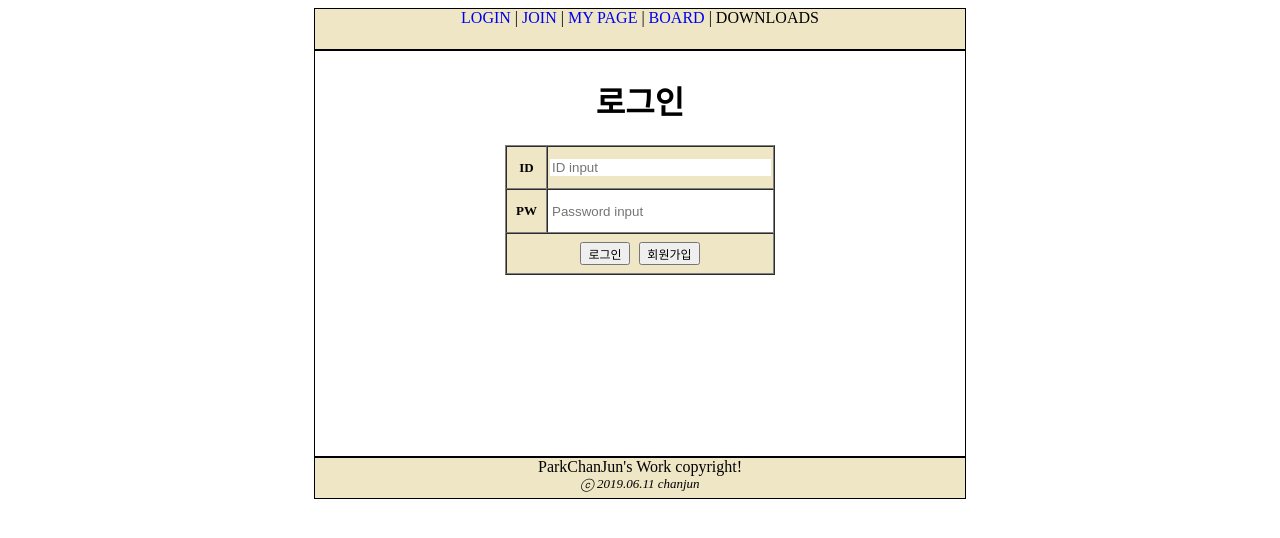
Repository: slolee/Spring-Board
Page: http://localhost/spring_project/WEB-INF/views/member/loginView.jsp
The author's editor kept a copy of each file at every save. The page is drawn from the files as they stood at one save, then again after a run of saves.
The browser window is 1280 px wide. The pictures show the whole page.
The page is served by Tomcat 9. Nobody is signed in. Other server files are loaded and not shown. The template is opened directly, without the code that normally fills it, so the values that code supplies are empty.

Above is the page before, as saved 2019-06-17 02:38:30.

### spring_project/src/main/webapp/WEB-INF/views/member/loginView.jsp
<%@ page language="java" contentType="text/html; charset=UTF-8"
    pageEncoding="UTF-8"%>
<jsp:include page="../layout/header.jsp">
	<jsp:param name="title" value="Login Page!"/>
</jsp:include>

	<!-- 로그인 창 -->
	<h1> 로그인 </h1>
	<form action="loginLogic.do" method="post">
		<table border=1 cellpadding="2" cellspacing="0" align="center" width="270px" height="130px">
			<tr>
				<th width="45px">ID</th>
				<th>
					<input type="text" name="id" placeholder="ID input" maxlength="15" size="25" required>
				</th>
			</tr>
			<tr>
				<th width="45px">PW</th>
				<td>
					<input type="password" name="pw" placeholder="Password input" maxlength="20" size="25" required>
				</td>
			</tr>
			<tr>
				<th colspan="2" align="center" height="35px">
					<input type="submit" value="로그인"> &nbsp;
					<input type="button" value="회원가입" onclick="location.href='joinView.do'">
				</th>
			</tr>

		</table>

	</form>
<%@ include file = "../layout/footer.jsp" %>

### spring_project/src/main/webapp/WEB-INF/views/layout/footer.jsp
<%@ page language="java" contentType="text/html; charset=UTF-8"
    pageEncoding="UTF-8"%>
		</div>
		<div id="footer" align="center">
			ParkChanJun's Work copyright! <br>
			<i><font size="2">ⓒ 2019.06.11 chanjun</font></i>
		</div>
	</div>
</body>
</html>

### spring_project/src/main/webapp/WEB-INF/views/layout/header.jsp
<%@ page language="java" contentType="text/html; charset=UTF-8"
    pageEncoding="UTF-8"%>
<%@ taglib prefix="c" uri="http://java.sun.com/jsp/jstl/core" %>
<%
	request.setCharacterEncoding("UTF-8");
	String title = request.getParameter("title");
	if(title == null)
		title = "My Homepage";
%>
<!DOCTYPE html PUBLIC "-//W3C//DTD HTML 4.01 Transitional//EN" "http://www.w3.org/TR/html4/loose.dtd">
<html>
<head>
	<meta http-equiv="Content-Type" content="text/html; charset=UTF-8">
	<title><%= title %></title>
	<style>
		#header, #footer{
			background-color: #EEE6C4;
			font-family: "HY울릉도M";
			border: 1px solid black;
			width: 650px;
			height: 40px;
		}
		#main{
			border: 1px solid black;
			width: 650px;
			min-height: 400px;
			padding-top: 5px;
		}
		a{
			text-decoration: none;
		}

		input[type=button], input[type=submit], input[type=reset]{
			font-size: 9pt;
		}

		input[type="text"], input[type="password"], textarea{
			border: 0px;
		}

		table{
			font-size: small;
		}

		th{
			background-color: #EEE6C4;
		}

		td{
			background-color: #FFFFFF;
		}

	</style>
</head>
<body>
	<div align="center">
		<div id="header" align="center">
			<c:choose>
				<c:when test="${ sessionScope.login_id == null }">
					<a href="loginView.do">LOGIN</a> |
					<a href="joinView.do">JOIN</a> |
				</c:when>
				<c:otherwise>
					${ sessionScope.login_nickname } |
					<a href="logoutLogic.do">LOGOUT</a> |
				</c:otherwise>
			</c:choose>

			<a href="mypageView.do">MY PAGE</a> |
			<a href="boardView.do">BOARD</a> |
			DOWNLOADS
		</div>
		<div id="main" align="center">

After the next 2 saves:
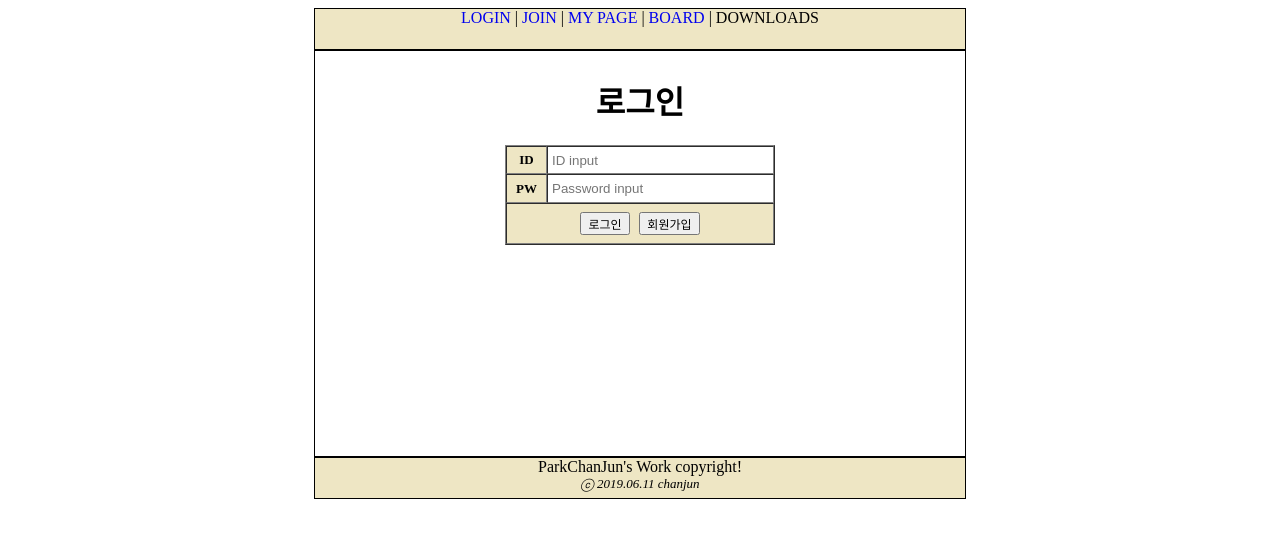
The 2 saves are shown as one change because they came seconds apart.
The last was saved 18 s later.
--- a/spring_project/src/main/webapp/WEB-INF/views/member/loginView.jsp
+++ b/spring_project/src/main/webapp/WEB-INF/views/member/loginView.jsp
@@ -7,12 +7,12 @@
 	<!-- 로그인 창 -->
 	<h1> 로그인 </h1>
 	<form action="loginLogic.do" method="post">
-		<table border=1 cellpadding="2" cellspacing="0" align="center" width="270px" height="130px">
+		<table border=1 cellpadding="2" cellspacing="0" align="center" width="270px" height="100px">
 			<tr>
 				<th width="45px">ID</th>
-				<th>
+				<td>
 					<input type="text" name="id" placeholder="ID input" maxlength="15" size="25" required>
-				</th>
+				</td>
 			</tr>
 			<tr>
 				<th width="45px">PW</th>
